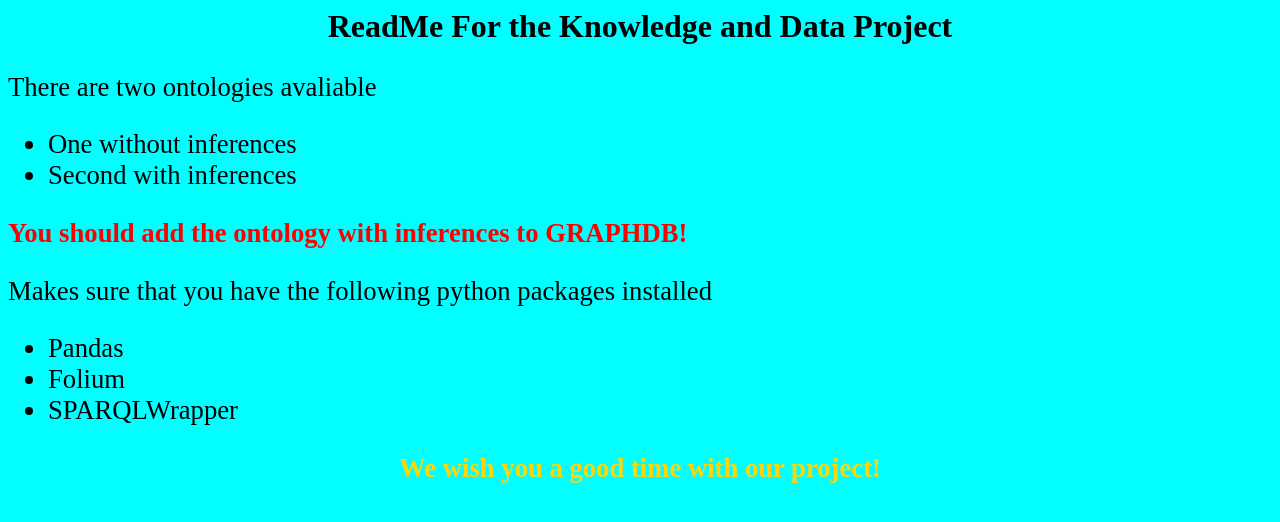
Repository: pawelpiwowarski/Knowledge_and_Data
Page: README.html
These files come from the project's save history. The page is drawn as it stood at one moment and after the next save; the edit follows.
The browser window is 1280 px wide. The pictures show the whole page.

Above is the page before, as saved 2022-10-27 22:09:57.

### README.html

<html>
<head>

<title>README</title>
<style>
#title {
    font-family: "Times New Roman", Times, serif;
    font-size: 24pt;
    font-weight: bold;
    color: #000000;
    text-align: center;
}

#red {
    font-family: "Times New Roman", Times, serif;
    font-size: 20pt;
    font-weight: bold;
    color: #FF0000;

}

#wishes {
    font-family: "Times New Roman", Times, serif;
    font-size: 20pt;
    font-weight: bold;
    color: gold;
    text-align: center;
}
body { font-family: 'Times New Roman', Times, serif; font-size: 20pt; background-color: aqua;}
</style>
</head>
<body>
<h2 id="title"> ReadMe For the Knowledge and Data Project</h2>
<p> There are two ontologies avaliable</p>
<ul>
<li>
One without inferences
</li>
<li>
Second with inferences
</li>
</ul>

<p id="red"> You should add the ontology with inferences to GRAPHDB! </p>

<p> Makes sure that you have the following python packages installed<p>

<ul>
<li>
Pandas
</li>
<li>
Folium
</li>
<li>
SPARQLWrapper
</li>
</ul>

<p id="wishes">  We wish you a good time with our project! </p>
</body>
</html>

After the next save:
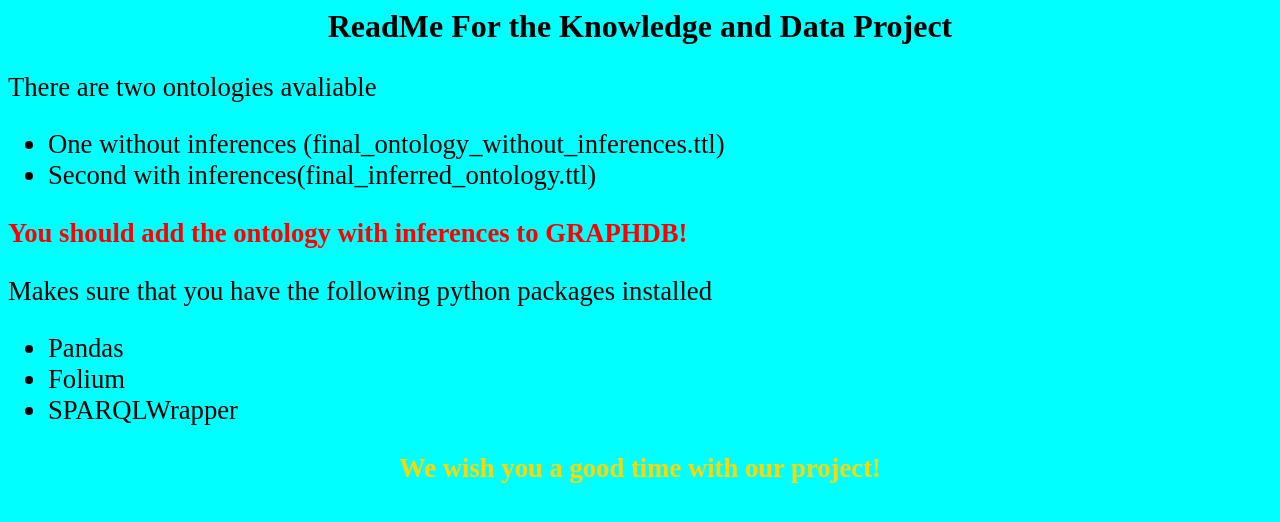
Saved 2 min 21 s later.
--- a/README.html
+++ b/README.html
@@ -35,10 +35,10 @@ body { font-family: 'Times New Roman', Times, serif; font-size: 20pt; background
 <p> There are two ontologies avaliable</p>
 <ul>
 <li>
-One without inferences
+    One without inferences (final_ontology_without_inferences.ttl)
 </li>
 <li>
-Second with inferences
+    Second with inferences(final_inferred_ontology.ttl)
 </li>
 </ul>
 
